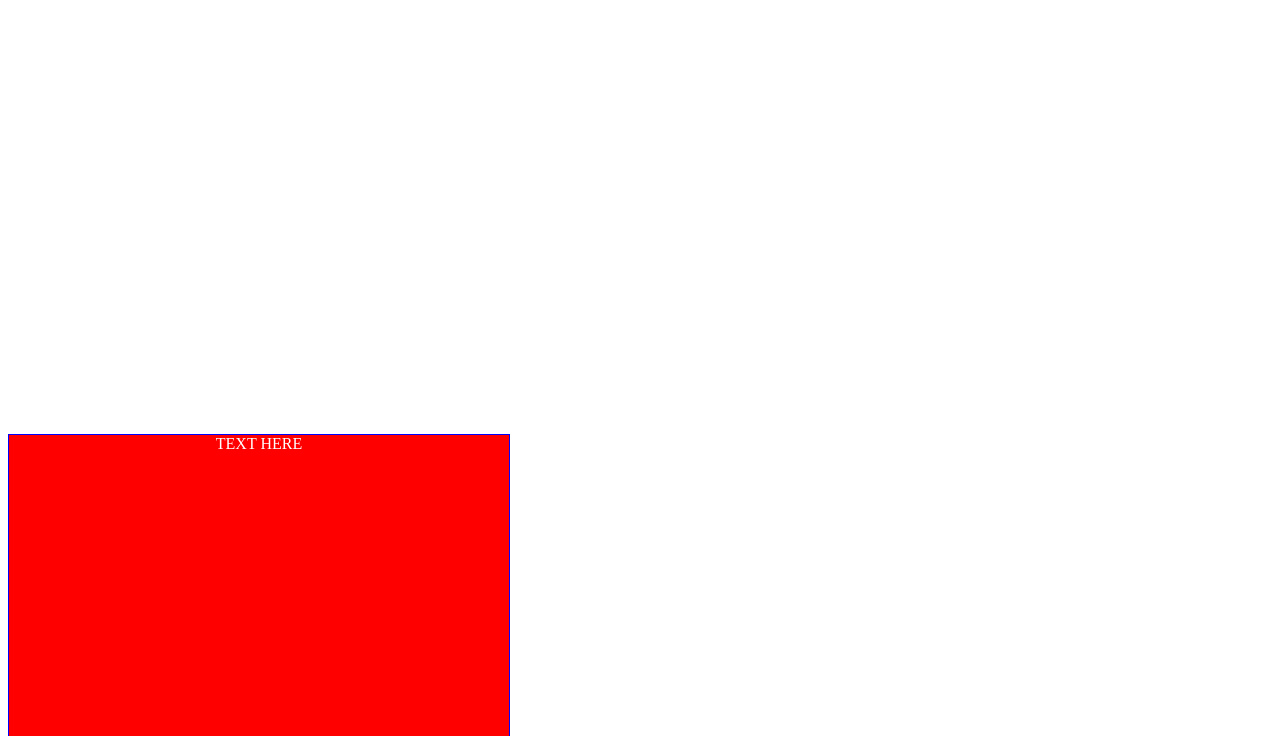
Repository: piyushiso/piyushiso.github.io
Page: random/daynight/index.html
An editor plug-in stored every save of this project. The page is shown before and after a run of saves, followed by the edit.
The browser window is 1280 px wide. The page is 1288 px wide, so the pictures cover 1288 px, including what lies to the right of the window. The pictures show the whole page.

Above is the page before, as saved 2022-05-23 16:00:06.

### random/daynight/index.html
<html lang="en">
<head>
    <meta charset="UTF-8">
    <meta http-equiv="X-UA-Compatible" content="IE=edge">
    <meta name="viewport" content="width=device-width, initial-scale=1.0">
    <link href="styles/style.css" rel="stylesheet" />
    <title>Document</title>
</head>
<body>
    <div>
        TEXT HERE
    </div>
</body>
</html>

### random/daynight/styles/style.css
body{
    height: 100%;
    width: 100%;
    overflow: hidden;
}

body div{
    background: red;
    height: 500px;
    width: 500px;
    border: solid thin blue;
    position: absolute;
    bottom: -30%;
    text-align: center;
    color: white;
}

After the next 3 saves:
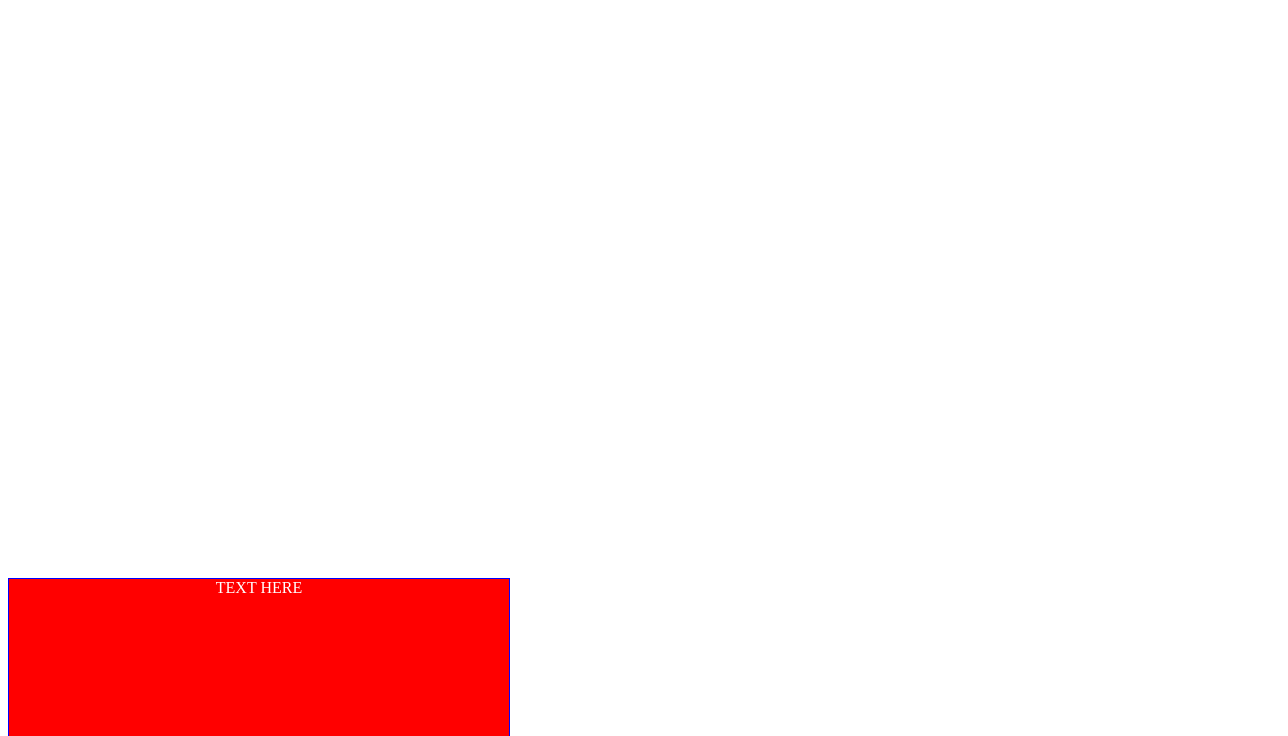
The 3 saves are shown as one change because they came seconds apart.
The last was saved 13 s later.
--- a/random/daynight/styles/style.css
+++ b/random/daynight/styles/style.css
@@ -10,7 +10,7 @@
     width: 500px;
     border: solid thin blue;
     position: absolute;
-    bottom: -30%;
+    bottom: -50%;
     text-align: center;
     color: white;
 }
